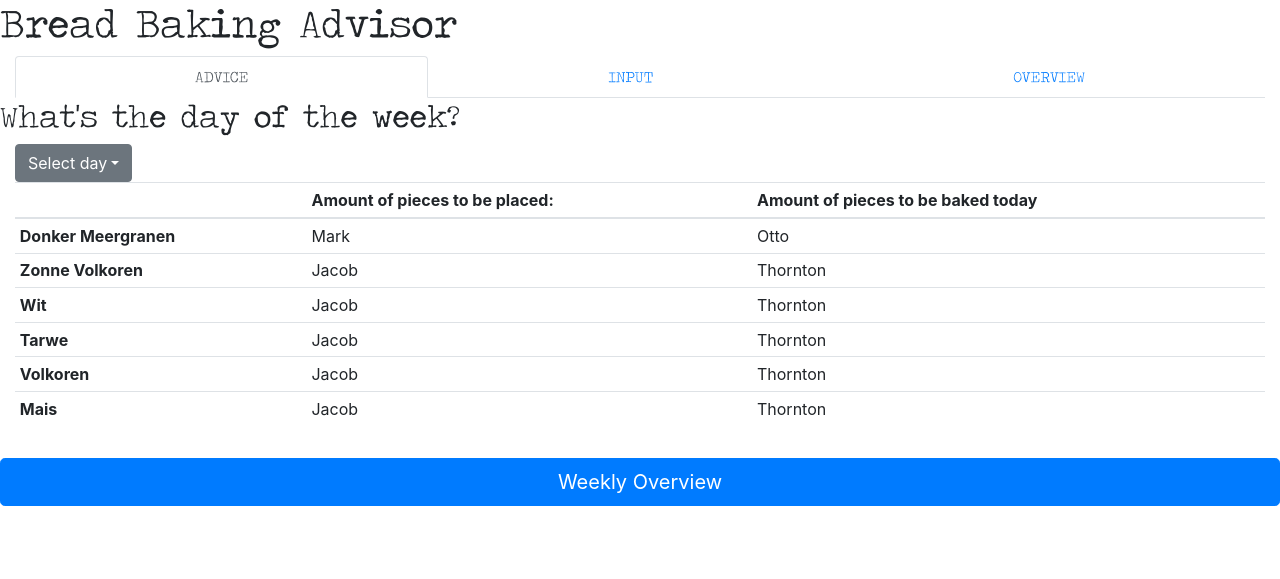
Repository: MarthGimenzo/bread-baking-advisor
Page: index.html
The author's editor kept a record of every edit. The page is drawn from the files as they stood at one moment, then again after the next edit.
The browser window is 1280 px wide. The pictures show the whole page.

Above is the page before.

### index.html
<!doctype html>
<html lang="en">

<head>
    <!-- Required meta tags -->
    <meta charset="utf-8">
    <meta name="viewport" content="width=device-width, initial-scale=1, shrink-to-fit=no">

    <!-- Bootstrap CSS -->
    <link rel="stylesheet" href="https://stackpath.bootstrapcdn.com/bootstrap/4.3.1/css/bootstrap.min.css" integrity="sha384-ggOyR0iXCbMQv3Xipma34MD+dH/1fQ784/j6cY/iJTQUOhcWr7x9JvoRxT2MZw1T" crossorigin="anonymous">
    <link rel="stylesheet" href="" type="text/css" />
    <link rel="stylesheet" href="assets/css/stylesheet.css" type="text/css" charset="utf-8" />
    <title>Bread Baking Advisor</title>
</head>

<body>

    <h1>Bread Baking Advisor</h1>
    <div class="container-fluid">
        <ul class="nav nav-tabs nav-fill">
            <li class="nav-item">
                <a class="nav-link active" href="#">ADVICE</a>
            </li>
            <li class="nav-item">
                <a class="nav-link" href="#">INPUT</a>
            </li>
            <li class="nav-item">
                <a class="nav-link" href="#">OVERVIEW</a>
            </li>
        </ul>
    </div>
    <h2>What's the day of the week?</h2>
    <div class="container-fluid">
        <div class="dropdown">
            <button class="btn btn-secondary dropdown-toggle" type="button" id="dropdownMenuButton" data-toggle="dropdown" aria-haspopup="true" aria-expanded="false">Select day</button>
            <div class="dropdown-menu" aria-labelledby="dropdownMenuButton">
                <a class="dropdown-item" href="#">Tuesday</a>
                <a class="dropdown-item" href="#">Wednesday</a>
                <a class="dropdown-item" href="#">Thursday</a>
                <a class="dropdown-item" href="#">Friday</a>
                <a class="dropdown-item" href="#">Saturday</a>
                <a class="dropdown-item" href="#">Sunday</a>
            </div>
        </div>
    </div>
    <div class="container-fluid">
        <table class="table table-sm">
            <thead>
                <tr>
                    <th scope="col"></th>
                    <th scope="col">Amount of pieces to be placed:</th>
                    <th scope="col">Amount of pieces to be baked today</th>

                </tr>
            </thead>
            <tbody>
                <tr>
                    <th scope="row">Donker Meergranen</th>
                    <td>Mark</td>
                    <td>Otto</td>
                </tr>
                <tr>
                    <th scope="row">Zonne Volkoren</th>
                    <td>Jacob</td>
                    <td>Thornton</td>
                </tr>
                <tr>
                    <th scope="row">Wit</th>
                    <td>Jacob</td>
                    <td>Thornton</td>
                </tr>
                <tr>
                    <th scope="row">Tarwe</th>
                    <td>Jacob</td>
                    <td>Thornton</td>
                </tr>
                <tr>
                    <th scope="row">Volkoren</th>
                    <td>Jacob</td>
                    <td>Thornton</td>
                </tr>
                <tr>
                    <th scope="row">Mais</th>
                    <td>Jacob</td>
                    <td>Thornton</td>
                </tr>
            </tbody>
        </table>
    </div>
<footer class="footer mt-auto py-3">
    <button type="button" class="btn btn-primary btn-lg btn-block">Weekly Overview</button>
</footer>



    <!-- Optional JavaScript -->
    <!-- jQuery first, then Popper.js, then Bootstrap JS -->
    <script src="https://code.jquery.com/jquery-3.3.1.slim.min.js" integrity="sha384-q8i/X+965DzO0rT7abK41JStQIAqVgRVzpbzo5smXKp4YfRvH+8abtTE1Pi6jizo" crossorigin="anonymous"></script>
    <script src="https://cdnjs.cloudflare.com/ajax/libs/popper.js/1.14.7/umd/popper.min.js" integrity="sha384-UO2eT0CpHqdSJQ6hJty5KVphtPhzWj9WO1clHTMGa3JDZwrnQq4sF86dIHNDz0W1" crossorigin="anonymous"></script>
    <script src="https://stackpath.bootstrapcdn.com/bootstrap/4.3.1/js/bootstrap.min.js" integrity="sha384-JjSmVgyd0p3pXB1rRibZUAYoIIy6OrQ6VrjIEaFf/nJGzIxFDsf4x0xIM+B07jRM" crossorigin="anonymous"></script>
</body>

</html>

### assets/css/stylesheet.css
/*! Generated by Font Squirrel (https://www.fontsquirrel.com) on October 22, 2019 */

@font-face {
    font-family: 'traveling__typewriterregular';
    src: url('fonts/travelingtypewriter-webfont.woff2') format('woff2'),
         url('fonts/travelingtypewriter-webfont.woff') format('woff');
    font-weight: normal;
    font-style: normal;

}

h1 {
    font-family: 'traveling__typewriterregular', Arial, sans-serif;

}
h2 {
    font-family: 'traveling__typewriterregular', Arial, sans-serif;

}
a {
    font-family: 'traveling__typewriterregular', Arial, sans-serif;

}

After the next edit:
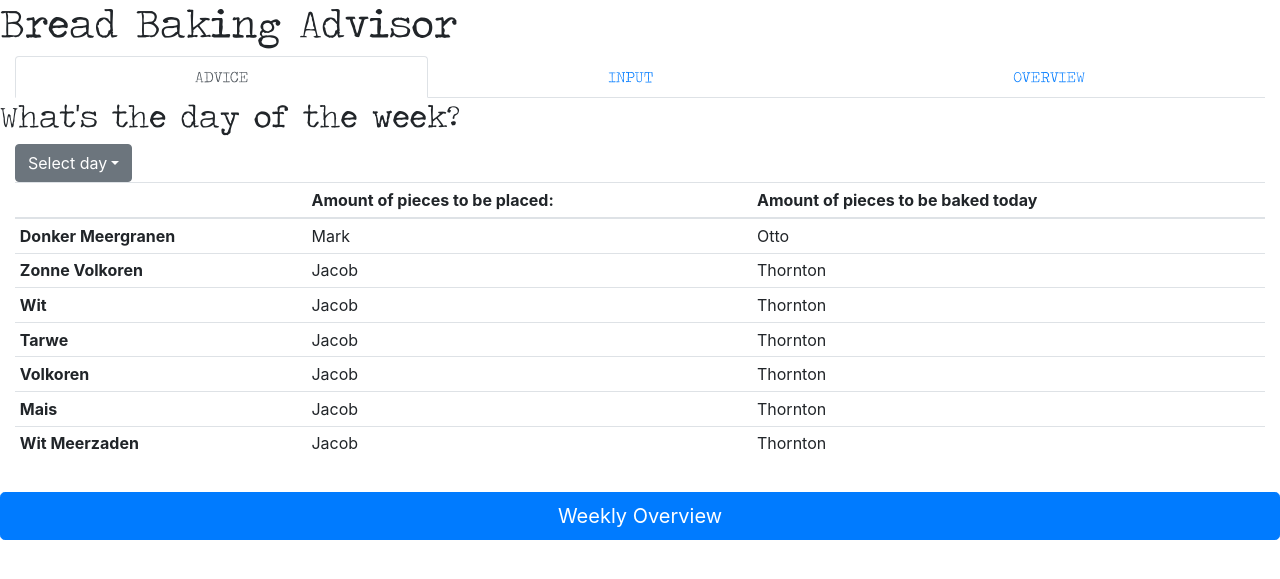
The edit:
--- a/index.html
+++ b/index.html
@@ -84,6 +84,11 @@
                     <td>Jacob</td>
                     <td>Thornton</td>
                 </tr>
+                <tr>
+                    <th scope="row">Wit Meerzaden</th>
+                    <td>Jacob</td>
+                    <td>Thornton</td>
+                </tr>
             </tbody>
         </table>
     </div>
